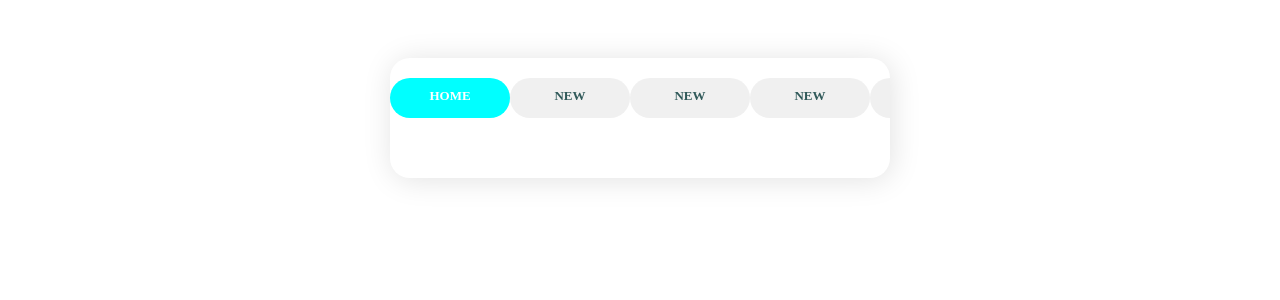
Repository: KHANHD192/JS_evondev
Page: eondev/tab_scroll/index.html
These files come from the project's save history. The page is drawn as it stood at one moment and after the next save; the edit follows.
The browser window is 1280 px wide. The pictures show the whole page.
After loading, the first visible `div.tab-item` was clicked once.

Above is the page before, as saved 2023-05-30 11:34:53.

### eondev/tab_scroll/index.html
<!DOCTYPE html>
<html lang="en">
<head>
    <meta charset="UTF-8">
    <meta http-equiv="X-UA-Compatible" content="IE=edge">
    <meta name="viewport" content="width=device-width, initial-scale=1.0">
    <title>tab</title>
    <style>

       html{
        box-sizing: border-box;
        font-size: 62.5%;
       }
       .tab_content {
         display: none;
       }
       .tab-item.active{
        background-color: aqua;
        color: white;

       }
       .tab-item{
        background-color: rgba(192, 192, 192, 0.24);
        color:rgb(49, 90, 90);
       }
       body{
        display: flex;
        justify-content: center;
        align-items: center;

       }
       .tab_container{
        margin-top:5rem;
        width: 50rem;
        height: 12rem;
        box-shadow: 2px 2px 3rem rgba(0, 0, 0, 0.116);
        /* border: 1px solid slategray; */
        position: relative;
        border-radius: 2rem;

       }
       .tab_list{
        width: 100%;
        margin-top: 2rem;
        overflow-x: auto;
        overflow: -moz-scrollbars-none;
    -ms-overflow-style: none;
       }
       .list_content{
        display: flex;
        width: 200%;
        white-space: nowrap;

       }
       .tab_list::-webkit-scrollbar {
         display: none;
}
       .tab-item{
        user-select: none;
        width: 12rem;
        height: 3rem;
        border-radius: 999px;
        cursor: pointer;
        text-align: center;
        font-weight: bold;
        font-size: 1.3rem;
        padding-top: 1rem;
       }
       .tab_wrap{
        margin-top: 3rem;
         text-align: center;
       }
       .tab_content.active{
            display: block;
       }
    </style>
</head>
<body>
    <div class="tab_container">
        <div class="tab_list">
           <div class="list_content">
            <div class="tab-item active">HOME</div>
            <div class="tab-item ">NEW</div>
            <div class="tab-item ">NEW</div>
            <div class="tab-item ">NEW</div>
            <div class="tab-item ">ABOUT US</div>
            <div class="tab-item ">ABOUT US</div>
            <div class="tab-item ">ABOUT US</div>
           </div>
        </div>

    </div>
    <script src="./app.js"></script>
</body>
</html>

### eondev/tab_scroll/app.js
function click_sildeTab(){
   let button = document.querySelectorAll('.tab-item');
   let tab_list = document.querySelector('.tab_list');
   console.log(button);
   let ders = document.querySelectorAll('.tab_content');
   for(let i = 0 ; i < button.length ; i++){
      button[i].onclick = function(){
         // xử dụng kĩ thuật là css cứng cho 1 item đã active rồi khi click vào button khác thì chỉ việc xóa class active đó rồi gán vô class khác !

         let buttonCurrent = document.querySelector('.tab-item.active');
         buttonCurrent.classList.remove('active');
         button[i].classList.add('active');
         let position = button[i].offsetLeft;
         console.log(position);
         tab_list.scroll(position/2-button[i].offsetWidth,0);
         }
   }

}
click_sildeTab();

After the next save:
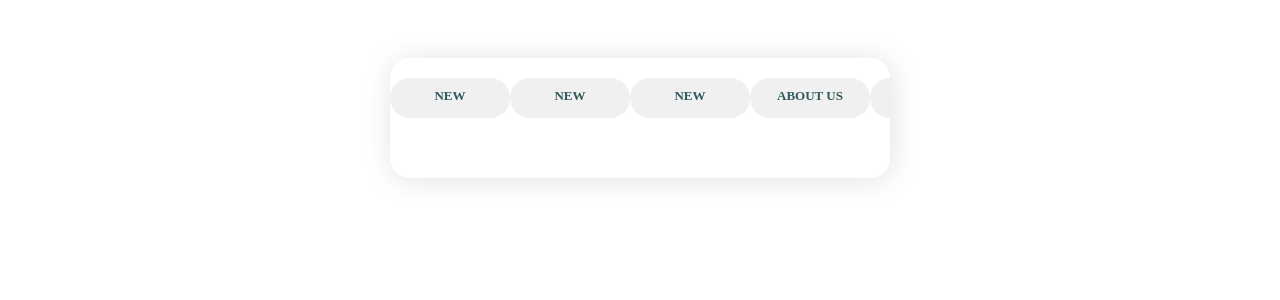
Saved 9 s later.
--- a/eondev/tab_scroll/app.js
+++ b/eondev/tab_scroll/app.js
@@ -12,7 +12,7 @@ function click_sildeTab(){
          button[i].classList.add('active');
          let position = button[i].offsetLeft;
          console.log(position);
-         tab_list.scroll(position/2-button[i].offsetWidth,0);
+         tab_list.scroll(position/2+button[i].offsetWidth,0);
          }
    }
 
